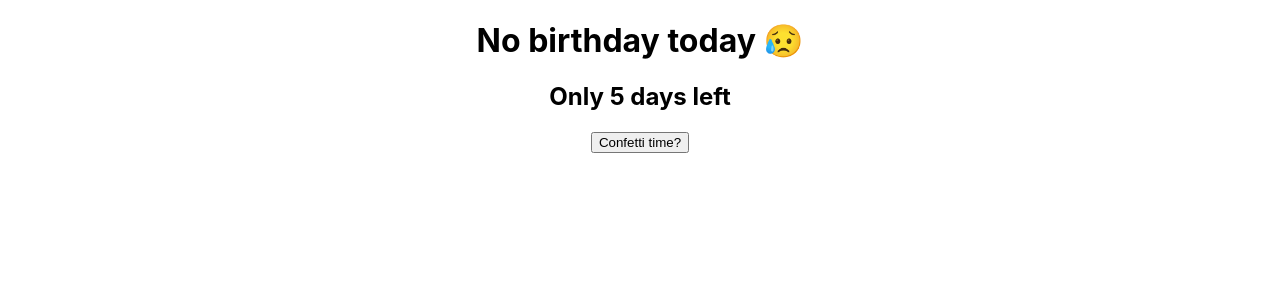
Repository: David-Waite/HannahsBirthdayWebsite
Page: /
An editor plug-in stored every save of this project. The page is shown before and after the next save, followed by the edit.
The browser window is 1280 px wide. The pictures show the whole page.
The project was rebuilt for these pictures with package versions that can differ from the ones it lists, and the page was loaded fresh each time.

Above is the page before, as saved 2023-03-30 17:57:13.

### src/App.js
import "./App.css";

import Confetti from "react-confetti";

import { useState } from "react";

function App() {
  const [confetti, setConfetti] = useState(null);
  const [buttonText, setButtonText] = useState("Confetti time?");
  function isBirthdayToday() {
    const date = new Date();
    if (date.getMonth() === 3 && date.getDate() === 5) {
      return true;
    }
    return false;
  }

  function rainConfetti() {
    if (isBirthdayToday()) {
      setConfetti(true);
      setButtonText("Confetti time!");
    } else {
      setButtonText("no");
    }
  }

  function getDaysUntilBirthday() {
    const date = new Date();
    const hannahBday = new Date(date.getFullYear(), 3, 5);
    const oneDay = 1000 * 60 * 60 * 24;

    const daysUntilBirthday =
      Math.ceil(hannahBday.getTime() - date.getTime()) / oneDay;
    return daysUntilBirthday;
  }

  // 5th april
  let birthdayText;
  if (isBirthdayToday()) {
    birthdayText = <h1>Happy birthday!🥳</h1>;
  } else {
    birthdayText = (
      <>
        <h1>No birthday today 😥</h1>
        <h2>Only {Math.floor(getDaysUntilBirthday())} days left</h2>
      </>
    );
  }
  console.log(isBirthdayToday());
  const date = new Date();

  return (
    <div className="App">
      {confetti && <Confetti />}

      {birthdayText}
      <button onClick={rainConfetti}>{buttonText}</button>
    </div>
  );
}

export default App;

Loaded but not shown: public/index.html (common file); src/index.js (common file); src/index.css (common file); src/reportWebVitals.js (common file); src/App.css (common file)

After the next save:
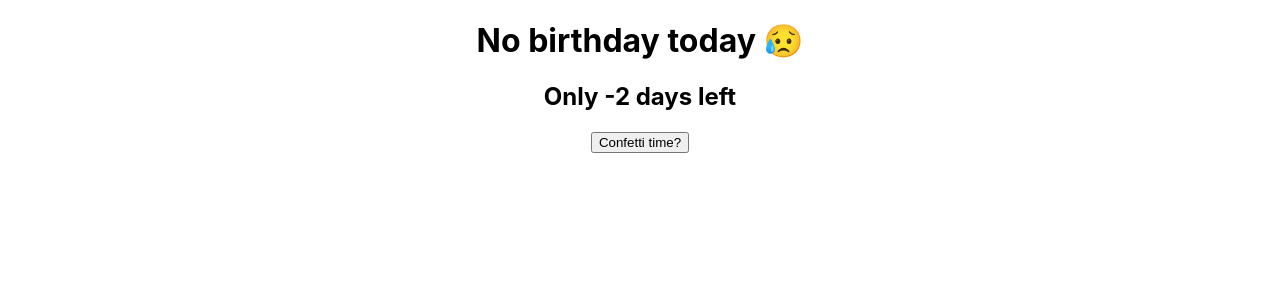
Saved 37 s later.
--- a/src/App.js
+++ b/src/App.js
@@ -26,7 +26,7 @@ function App() {
 
   function getDaysUntilBirthday() {
     const date = new Date();
-    const hannahBday = new Date(date.getFullYear(), 3, 5);
+    const hannahBday = new Date(date.getFullYear(), 2, 29);
     const oneDay = 1000 * 60 * 60 * 24;
 
     const daysUntilBirthday =

After the save that followed:
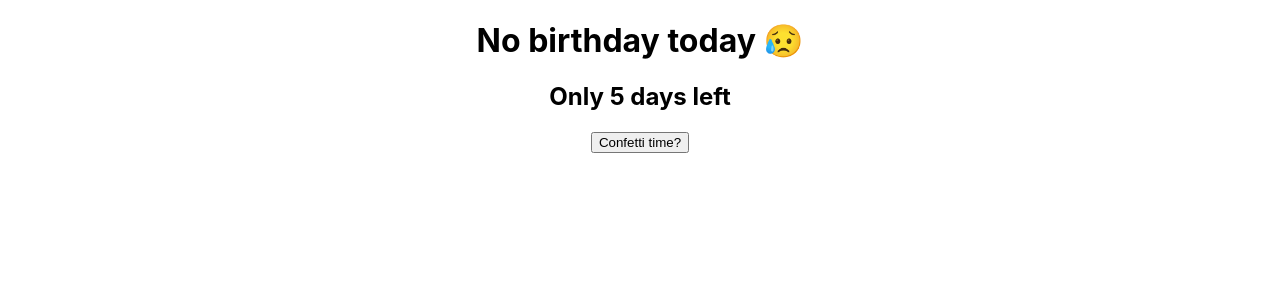
Saved 5 s later.
--- a/src/App.js
+++ b/src/App.js
@@ -26,7 +26,7 @@ function App() {
 
   function getDaysUntilBirthday() {
     const date = new Date();
-    const hannahBday = new Date(date.getFullYear(), 2, 29);
+    const hannahBday = new Date(date.getFullYear(), 3, 5);
     const oneDay = 1000 * 60 * 60 * 24;
 
     const daysUntilBirthday =
